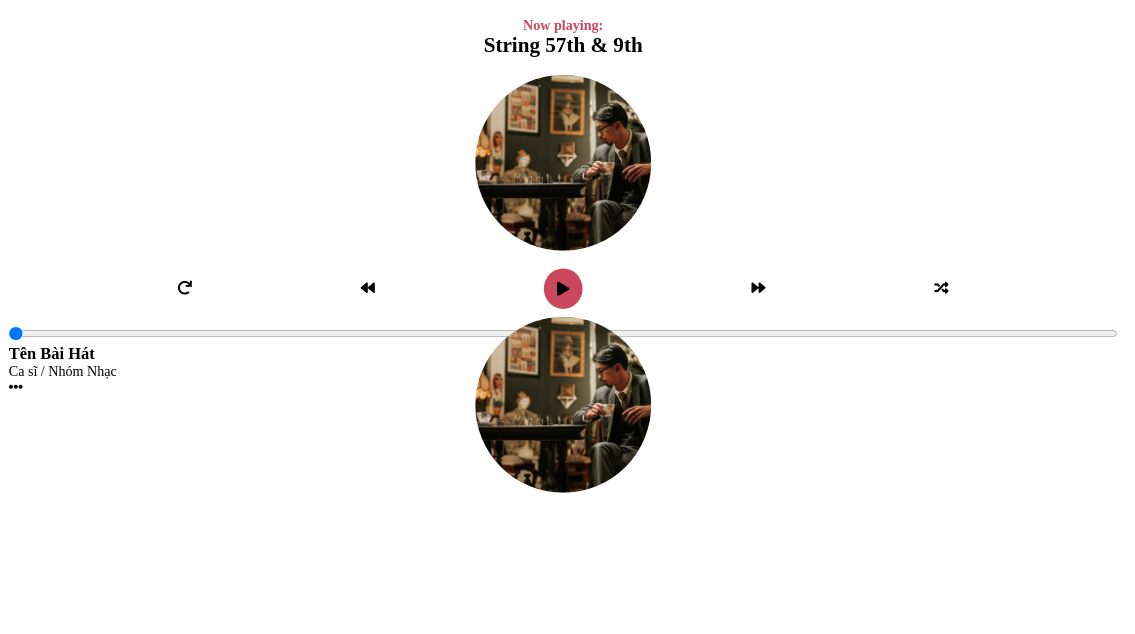
Repository: dovanthao2404/AppMusicPlayer
Page: index.html
An editor plug-in stored every save of this project. The page is shown before and after the next save, followed by the edit.
The browser window is 1280 px wide. The page is 1280 px wide, then 1290 px, so the pictures cover 1290 px, including what lies to the right of the window. The pictures show the whole page, at 88% of full size.

Above is the page before, as saved 2021-06-28 02:24:10.

After the next save:
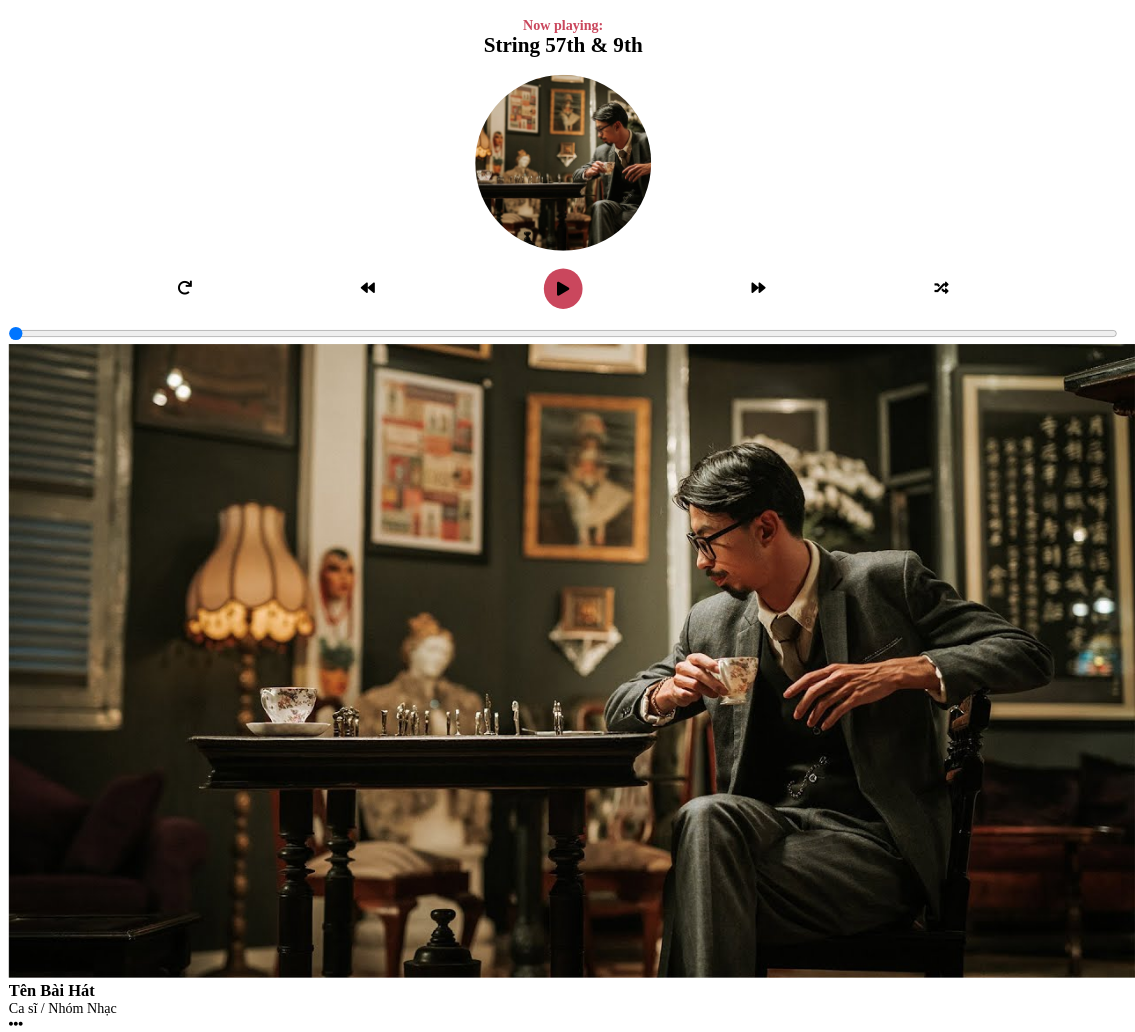
Saved 40 s later.
--- a/css/app.css
+++ b/css/app.css
@@ -18,7 +18,7 @@ header h4 {
 .cd {
   position: relative;
 }
-.thumb {
+.cd .thumb {
   width: 200px;
   height: 200px;
   position: absolute;
@@ -26,7 +26,7 @@ header h4 {
   left: 50%;
   transform: translate(-50%);
 }
-.thumb img {
+.cd .thumb img {
   border-radius: 50%;
   width: 100%;
   height: 100%;
